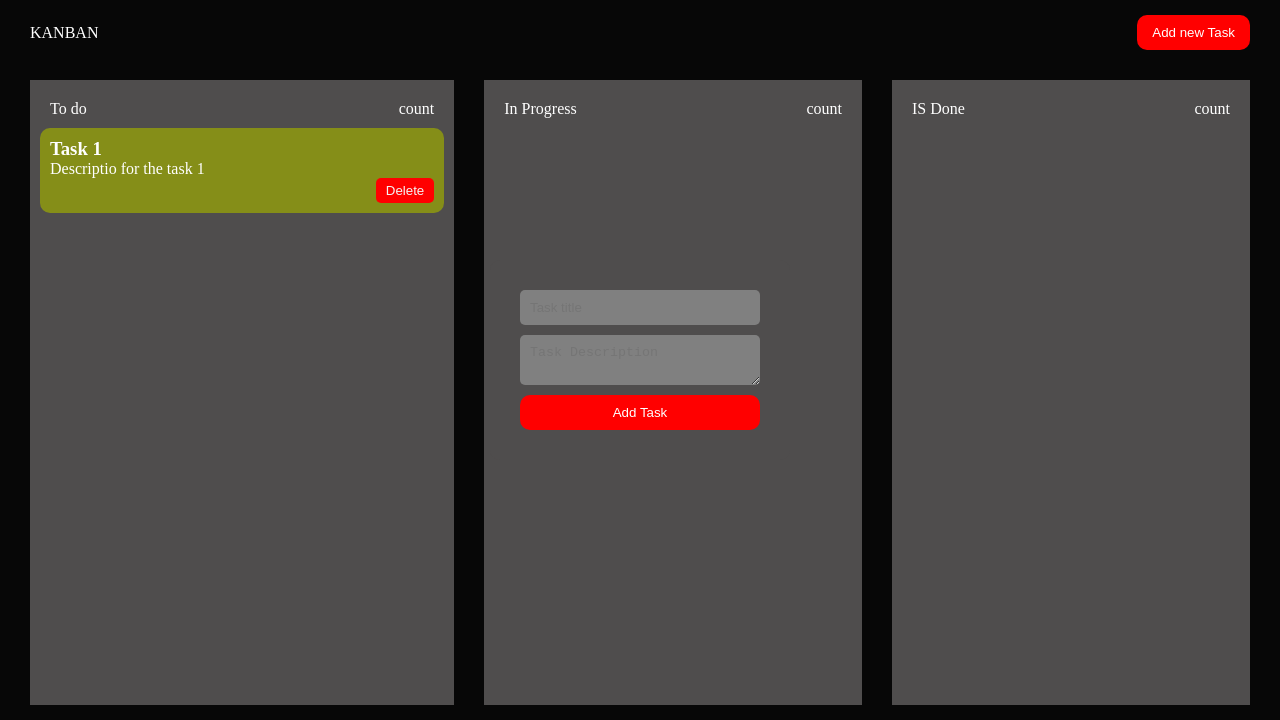
Repository: Sandeepji-5/Kanban-board
Page: index.html
An editor plug-in stored every save of this project. The page is shown before and after the next save, followed by the edit.
The browser window is 1280 px wide. The pictures show the whole page.

Above is the page before, as saved 2025-12-09 15:13:03.

After the next save:
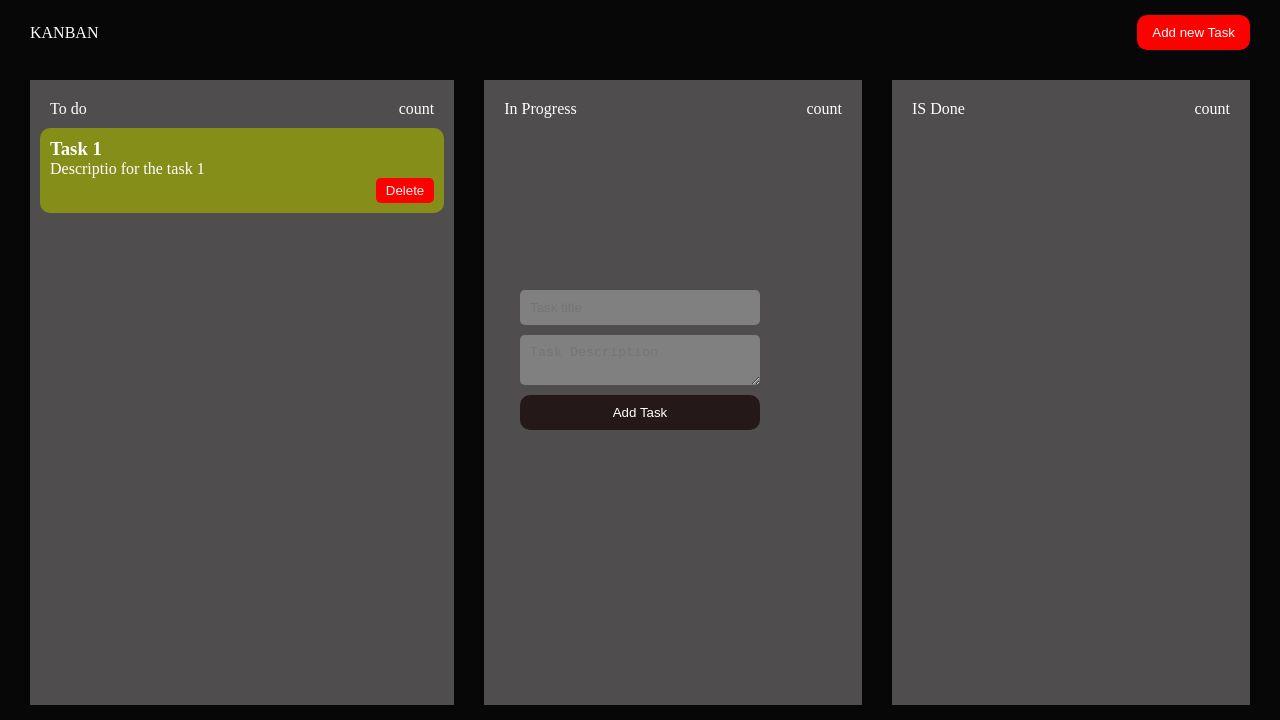
Saved 14 s later.
--- a/style.css
+++ b/style.css
@@ -174,7 +174,7 @@ section .task-column .task button{
 }
 
 .modal .center button{
-    background-color: red;
+    background-color: rgb(36, 24, 24);
     color: white;
     border: none;
     outline: none;
